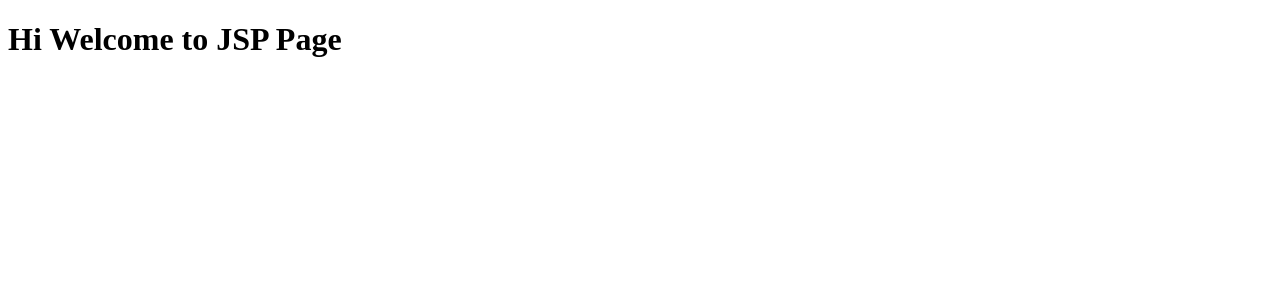
Repository: Thaneshwara848/JSP_Demo
Page: WebDemo2/src/main/webapp/index.html
The author's editor kept a copy of each file at every save. The page is drawn from the files as they stood at one save, then again after the next save.
The browser window is 1280 px wide. The pictures show the whole page.

Above is the page before, as saved 2022-08-10 14:57:32.

After the next save:
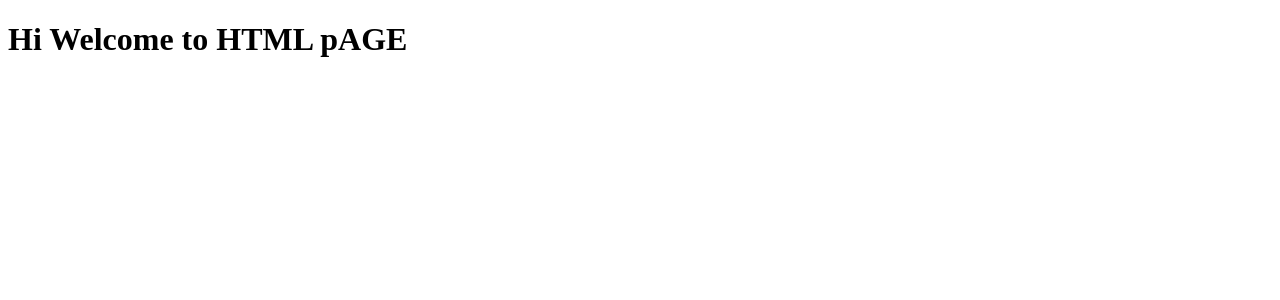
Saved 5 s later.
--- a/WebDemo2/src/main/webapp/index.html
+++ b/WebDemo2/src/main/webapp/index.html
@@ -5,7 +5,7 @@
 <title>Insert title here</title>
 </head>
 <body>
-	<h1> Hi Welcome to JSP Page </h1>
+	<h1> Hi Welcome to HTML pAGE </h1>
 
 </body>
 </html>
